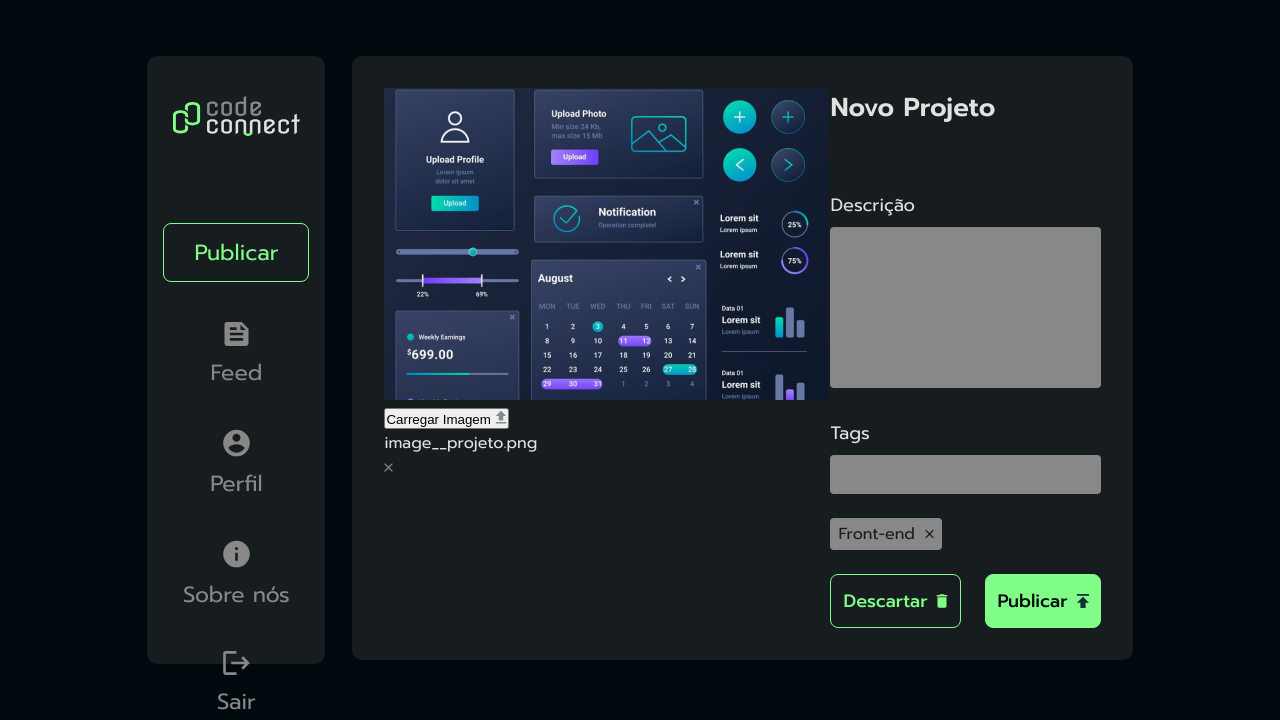
Repository: joaoPraiaJunior/async_await
Page: index.html
The author's editor kept a copy of each file at every save. The page is drawn from the files as they stood at one save, then again after the next save.
The browser window is 1280 px wide. The pictures show the whole page.

Above is the page before, as saved 2024-08-24 20:43:53.

After the next save:
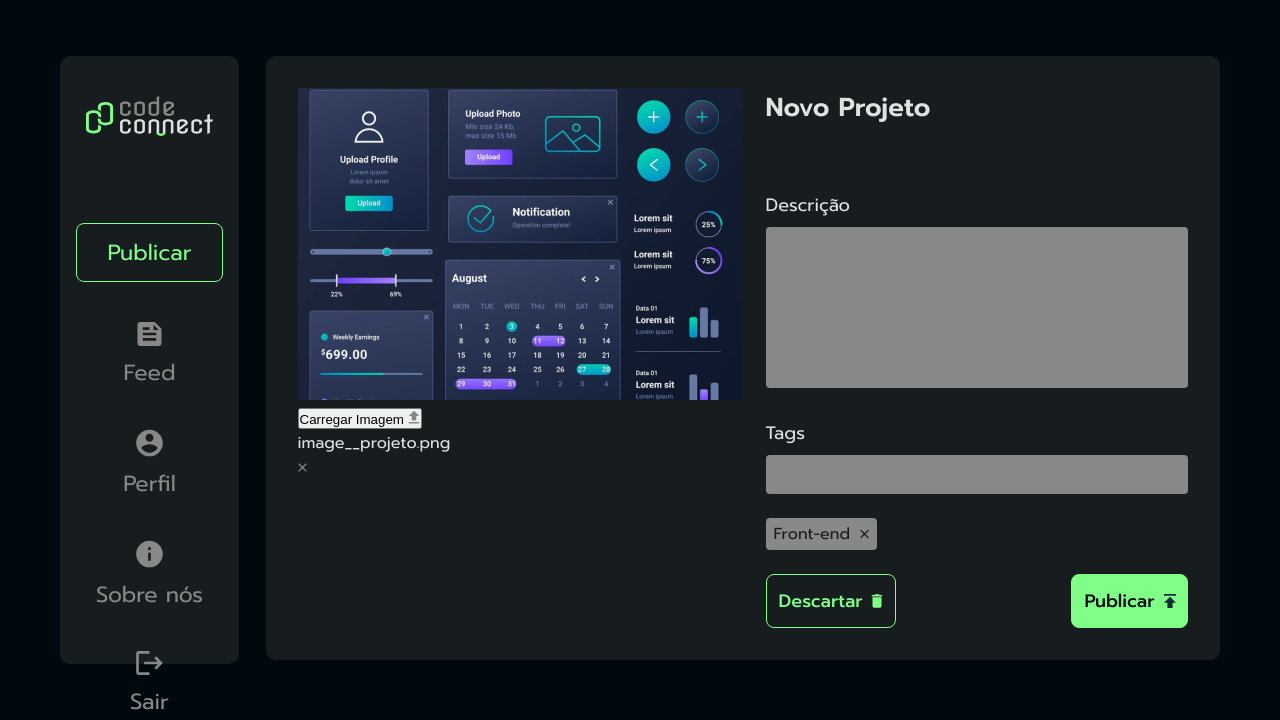
Saved 64 s later.
--- a/css/styles.css
+++ b/css/styles.css
@@ -80,6 +80,7 @@ body {
   display: flex;
   flex-direction: column;
   gap: 2.4rem;
+  width: 42.2rem;
 }
 
 .c-formulario__titulo {
@@ -189,7 +190,3 @@ textarea {
 .c-formulario__botao--salvar::after {
   background-image: url("../img/arrow_forward2.svg");
 }
-
-.c-upload-imagem__container {
-    width: 42.2rem;
-}
